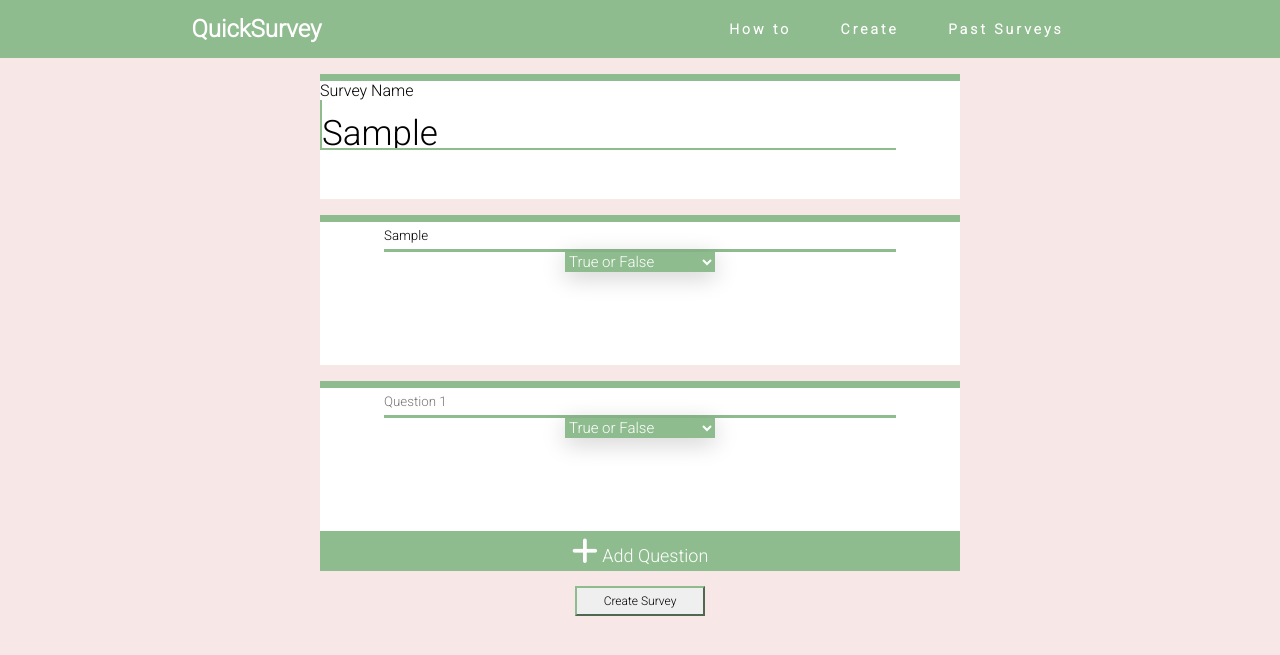
Repository: cakuang1/QuickSurvey
Page: create.html
These files come from the project's save history. The page is drawn as it stood at one moment and after the next save; the edit follows.
The browser window is 1280 px wide. The pictures show the whole page.
Empty fields were first filled with sample values (such as "Sample", 5 or name@example.com).
After loading, the first visible `button.adds` was clicked once.
Some web libraries are served in a nearby version.

Above is the page before, as saved 2022-01-09 22:59:09.

### create.html
<!DOCTYPE html>
<html>
<head>
    <title>QuickSurvey</title>
    <link href="https://fonts.googleapis.com/css2?family=Roboto:wght@300&display=swap" rel="stylesheet">
    <meta charset="UTF-8">
    <link rel="stylesheet" href="style.css">

    <script src="https://kit.fontawesome.com/71865f0e2e.js" crossorigin="anonymous"></script>


</head>

<body>
        <nav class="navbar">
            <div class = 'heading'>
                <h2 id = "logo">QuickSurvey</h2>
            </div>
            <ul class="nav-menu">
                <li><a href="index.html" >How to</a></li>
                <li><a href="create.html">Create</a></li>
                <li><a href="pastsurveys.html">Past Surveys</a></li>
            </ul>
        </nav>

    </div>
    <div class="namecontainer">
        <label>Survey Name </label>
        <form ><input type="text" id = "testing"Survey name="Name"></form>

    </div>
    <form action="" class="theform">
        <div class = "formdiv">
            <input type="text" class="inps" placeholder="Question 1">
            <select name="" class="selectors">
                <option value="TF">True or False</option>
                <option value="SR">Short Response</option>
            </select>
        </div>
        <div align = "center" class = "bottomdiv">
        <button type = "button" class = "adds"> <i class="fas fa-plus"></i> Add Question</button><br>
        <input type="submit" value="Create Survey" class="creates">
        </div>
    </form>

</body>
<script src="app.js"></script>
</html>

### style.css
* {
    box-sizing: border-box;
    margin: 0;
    padding: 0;
    font-family: 'Roboto', sans-serif;
}
body{
    background-color: #f7e7e7;


}
nav {
    display: flex;
    justify-content: space-around;
    align-items: center;
    min-height: 8vh;
    background-color: darkseagreen;
}

.nav-menu {
    display: flex;
    justify-content: space-around;
    width: 30%;
}


.creates {
    text-align: center;
    width: 130px;
    height:30px;
    padding: 0;
    border-color: darkseagreen;
    color: #000;
    font-size: 12px;
    margin-top: 15px;
}
.nav-menu li {
    list-style: none;
}
.nav-menu a{
    color:white;
    text-decoration: none;
    letter-spacing: 3px;
    font-weight: bold;
    font-size: 14px;
    padding: 14px 16px;

}
.nav-menu li a:hover:not(.active){
    background-color: lightseagreen;
}
.nav-ment li a.active {
    background-color: darkseagreen;
}

.namecontainer {
    background-color: white;
    width: 50%;
    margin: auto;
    margin-top: 1em;
    border-top: 7px solid darkseagreen;
    height: 125px;

}


.namecontainer input {
    width: 90%;
    height: 50px;
    background: transparent;
    border-top: none;
    border-right: none;
    border-left: 2px solid darkseagreen;
    border-bottom: 2px solid darkseagreen;
    font-size: 35px;
    outline: none;
    padding-top: 20px;
    display: inline-block;


}

.adds {
    background-color: darkseagreen;
    border: none;
    width: 50%;
    font-size: 18px;
    cursor: pointer;
    color: white;
    padding: 5px 16px;

}

.adds:hover {
    filter: brightness(95%);
}

h1 {
    text-indent: 10px;
    color:  darkseagreen;
}

.fas {
    color: white;
    font-size: 30px;

}


#home {
    background-color: rgb(176, 226, 176);
}

#logo {
    color: white;
}

#listcontainer {
    padding-top: 100px;
    width: fit-content;
    margin: auto;

}

ol {
    padding-top: 25px;
}

ol li {
    font-size: 50px;
    color: white;

}

.formdiv {
    background-color: white;
    width: 50%;margin: auto; margin-top: 1em;border-top: 7px solid darkseagreen;
    text-align: center;
    height: 150px;
}


.formdiv .inps{
    height: 30px;
    border-bottom: solid darkseagreen;
    border-left: none;
    border-top: none;
    border-right: none;
    width: 80%;
    outline: none;



}




.formdiv select {
    background-color: darkseagreen;
    color: white;
    width: 150px;
    border: none;
    font-size: 15px;
    box-shadow: 0 5px 25px rgba(0, 0, 0, 0.2);
    outline: none;

  }

### app.js

/* selectors */

let theform = document.querySelector(".theform");
let firstdiv = document.querySelector(".formdiv");
let seconddiv = document.querySelector(".bottomdiv");
let addbutton = seconddiv.querySelector(".adds");
let endbutton =seconddiv.querySelector(".creates");


// cloning a copy
let newfirstdiv = firstdiv.cloneNode(true);

let counter = 1;
addbutton.addEventListener("click",function(e) {

    theform.appendChild(newfirstdiv);
    theform.appendChild(seconddiv);
    counter += 1;
    }
)




function emptyinput(input) {
    if (inputtxt.value.length == 0)
    {
        return true;
    }
    else {
        return false;

    }
}


function handleForm(event) {
    event.preventDefault();

    }





theform.addEventListener("submit",handleForm);

After the next save:
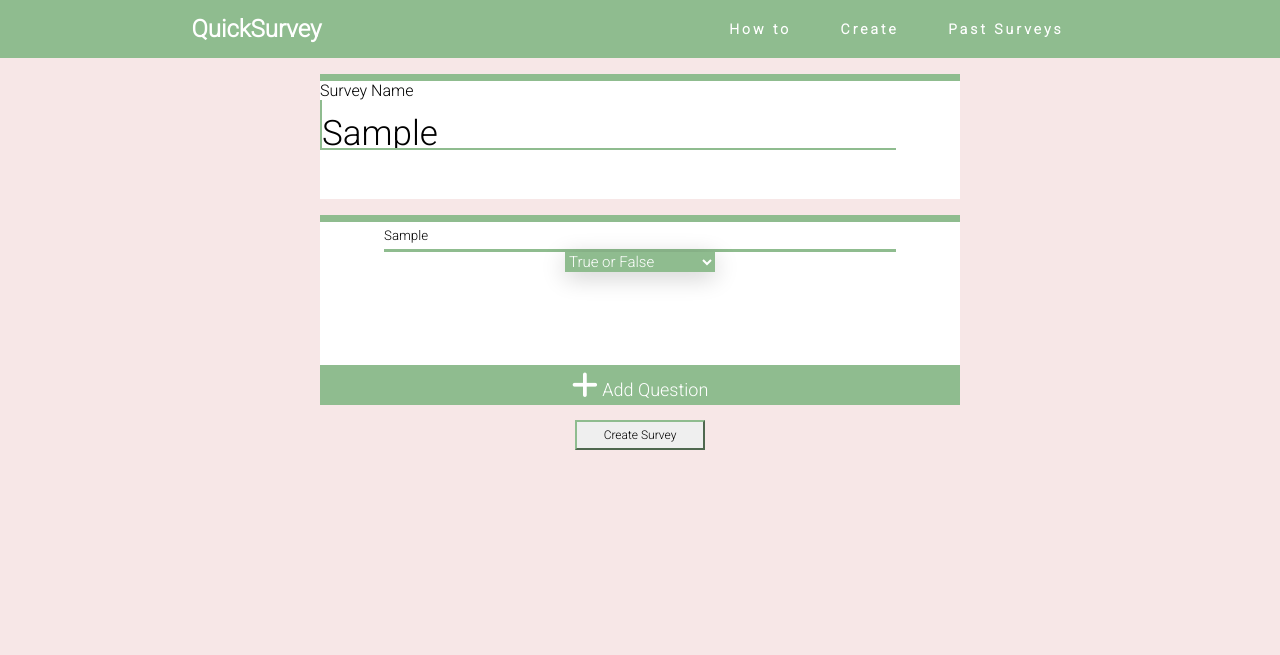
Console error: TypeError: Cannot read properties of undefined (reading 'appendChild')
Saved 15 s later.
--- a/app.js
+++ b/app.js
@@ -13,7 +13,7 @@
 
 let counter = 1;
 addbutton.addEventListener("click",function(e) {
-
+    newfirstdiv.
     theform.appendChild(newfirstdiv);
     theform.appendChild(seconddiv);
     counter += 1;

After the save that followed:
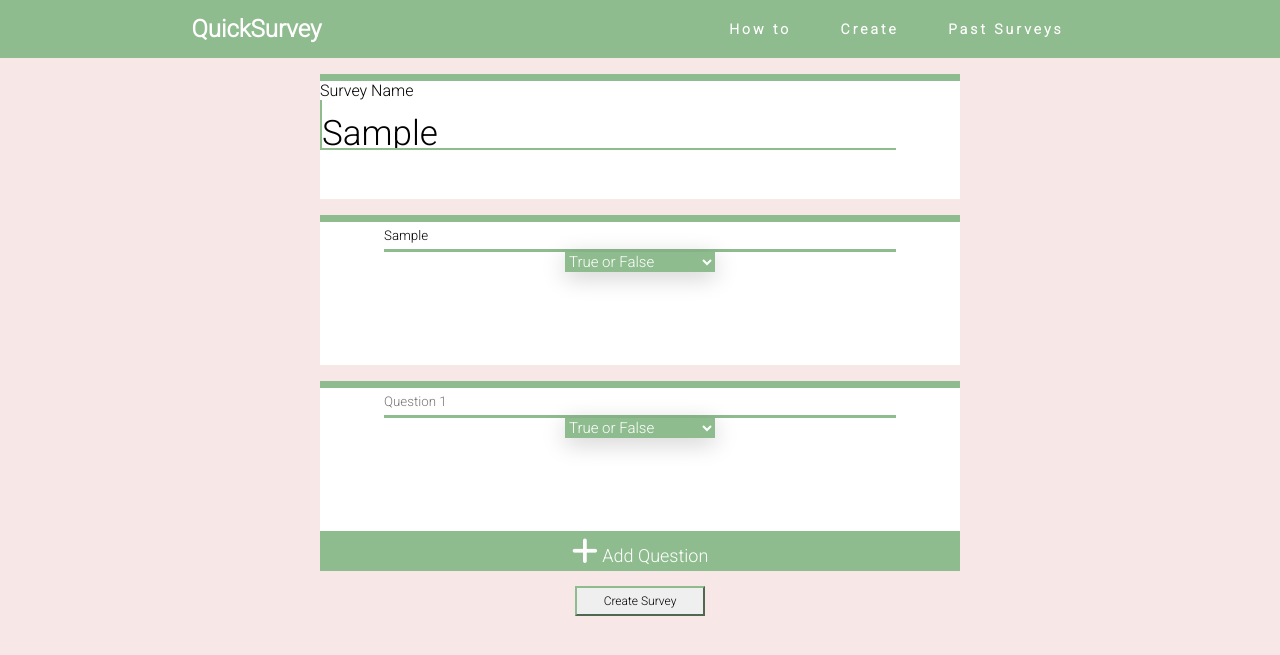
The error is gone.
Saved 80 s later.
--- a/app.js
+++ b/app.js
@@ -13,7 +13,7 @@
 
 let counter = 1;
 addbutton.addEventListener("click",function(e) {
-    newfirstdiv.
+    newfirstdiv.set
     theform.appendChild(newfirstdiv);
     theform.appendChild(seconddiv);
     counter += 1;
